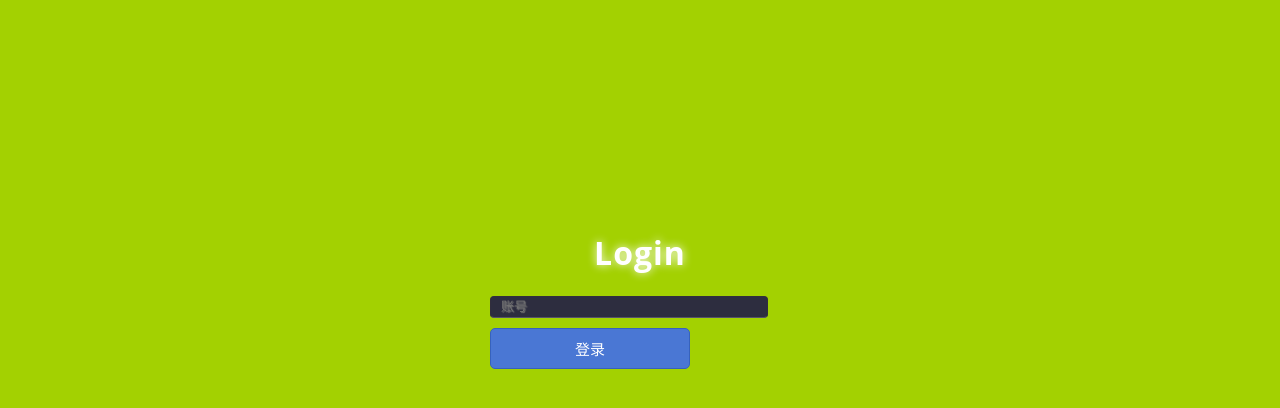
Repository: SnugHAN/gg
Page: http://localhost/bank/
An editor plug-in stored every save of this project. The page is shown before and after the next save, followed by the edit.
The browser window is 1280 px wide. The pictures show the whole page.
The page is served by Tomcat 9. Queries for data that is not in the repository find no rows.

Above is the page before, as saved 2016-11-30 12:34:38.

After the next save:
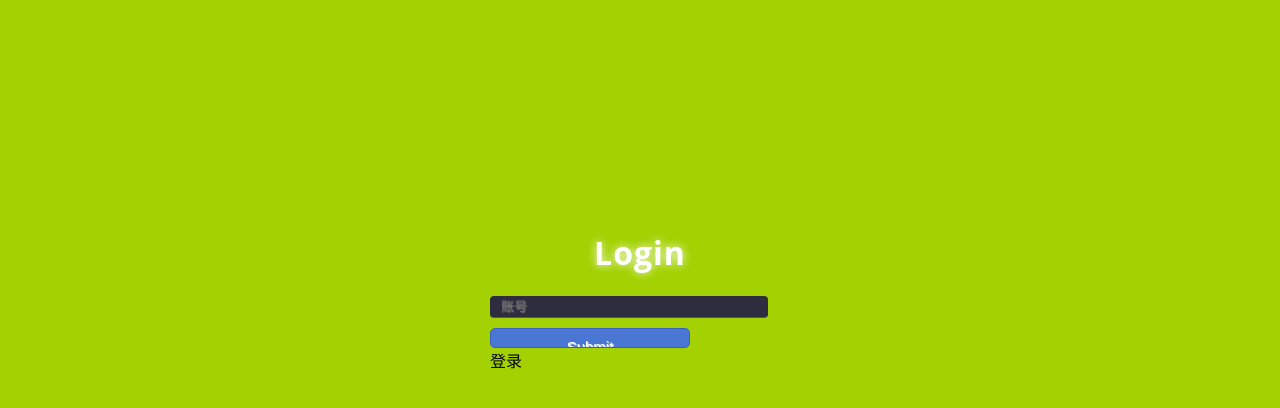
Saved 16 min 12 s later.
--- a/bank/bank/WebRoot/index.jsp
+++ b/bank/bank/WebRoot/index.jsp
@@ -31,7 +31,8 @@ String basePath = request.getScheme()+"://"+request.getServerName()+":"+request.
         <form method="post" action="index.jsp">
 
             <input type="text" required="required" placeholder="账号" name="username">
-            <button class="but" type="submit" >登录</button>
+
+            <input type="submit" class="but" name= "usename">登录</button>
         </form>
     </div>
 
@@ -63,7 +64,15 @@ String basePath = request.getScheme()+"://"+request.getServerName()+":"+request.
     	  // System.out.println("fdsfdf");
     	   if(rs.getString("username").equals(username)){
         	  // System.out.println("不错");
-               response.sendRedirect("admin.jsp?username='username'");
+        	 rs.getString("username");
+            %>
+             <form method="post" action="admin.jsp">
+
+            <input type="text" required="required" placeholder="账号" name="username">
+
+            <input type="submit" class="but" value="rs.getString("username")" name= "usename">登录</button>
+        </form>
+            <%
            }else {
                response.sendRedirect("index.jsp");
            }
